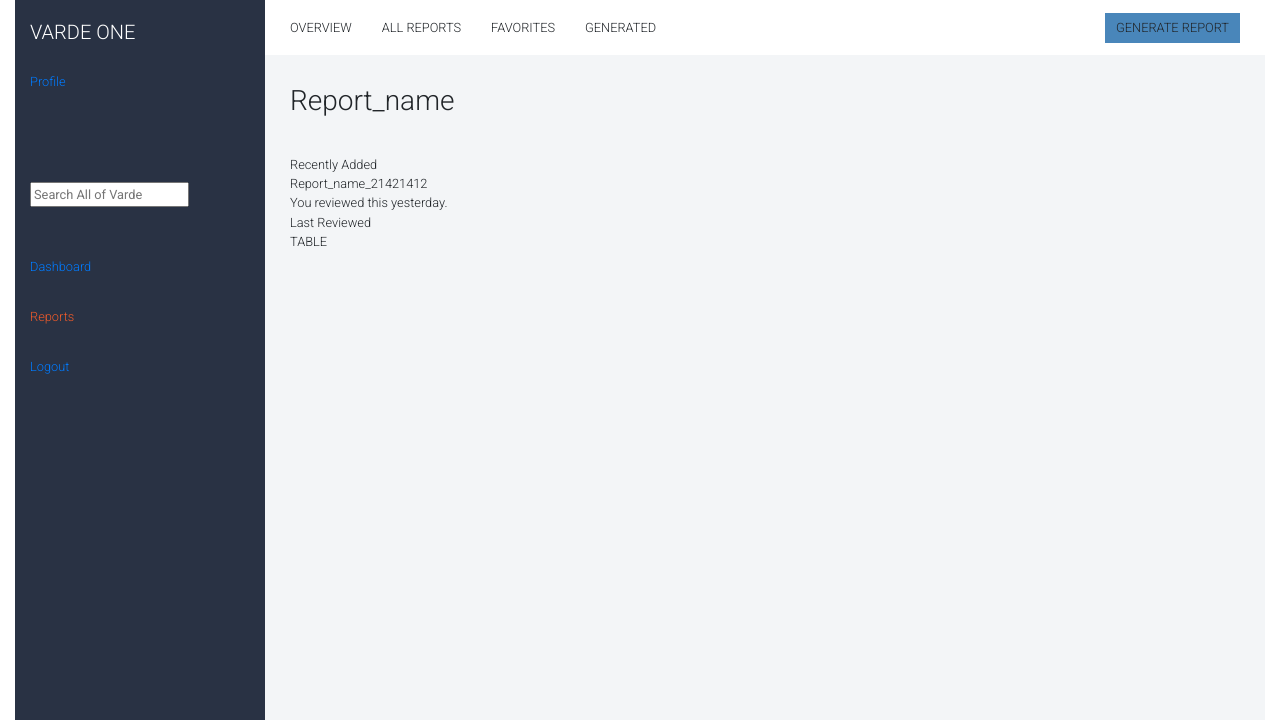
Repository: slavishtipkov/cra-redux
Page: /reports
These files come from the project's save history. The page is drawn as it stood at one moment and after the next save; the edit follows.
The browser window is 1280 px wide. The pictures show the whole page.
The project was rebuilt for these pictures with package versions that can differ from the ones it lists, and the page was loaded fresh each time.

Above is the page before, as saved 2019-07-09 14:27:00.

### src/index.js
import React from "react";
import ReactDOM from "react-dom";
import { BrowserRouter as Router } from "react-router-dom";

import * as serviceWorker from "./serviceWorker";

import "@fortawesome/fontawesome-free/css/all.min.css";
import "bootstrap-css-only/css/bootstrap.min.css";
import "mdbreact/dist/css/mdb.css";

import App from "./Components/App";

import "./index.css";

ReactDOM.render(
  <Router>
    <App />
  </Router>,
  document.getElementById("root")
);

// If you want your app to work offline and load faster, you can change
// unregister() to register() below. Note this comes with some pitfalls.
// Learn more about service workers: https://bit.ly/CRA-PWA
serviceWorker.unregister();

### src/index.css
@import-normalize;

#root {
  max-width: 1360px;
  min-width: 960px;
  margin: 0 auto;
  font-size: 0.8rem;
}

### src/Components/App/App.js
import React, { Suspense, lazy } from "react";
import { Route, Switch } from "react-router-dom";

import SideBar from "../Common/SideBar";

import "./App.scss";

const Login = lazy(() => import("../../Containers/Login"));
const Profile = lazy(() => import("../../Containers/Profile"));
const Dashboard = lazy(() => import("../../Containers/Dashboard"));
const Reports = lazy(() => import("../../Containers/Reports"));
const NotFound = lazy(() => import("../Common/NotFound"));

const App = ({ childProps }) => {
  return (
    <div className="container-fluid">
      <SideBar />
      <Suspense fallback={<div>Loading...</div>}>
        <Switch>
          <Route path="/" exact component={Login} props={childProps} />
          <Route path="/profile" exact component={Profile} props={childProps} />
          <Route
            path="/dashboard"
            exact
            component={Dashboard}
            props={childProps}
          />
          <Route path="/reports" exact component={Reports} props={childProps} />
          <Route component={NotFound} />
        </Switch>
      </Suspense>
    </div>
  );
};

export default App;

### src/Components/App/App.scss
.container-fluid {
  width: 100%;
  height: 100vh;

  display: flex;
  align-items: stretch;

  .side-bar {
    width: 20%;
  }

  .page {
    width: 80%;
    background-color: #f3f5f7;

    .page-header {
      .page-header-nav {
        background-color: #ffffff;
        display: flex;
        justify-content: space-between;

        ul {
          display: flex;
          margin: 0;
          padding: 0;
          height: 55px;
          line-height: 55px;

          padding-left: 25px;

          li {
            display: block;
            margin-right: 30px;

            &:hover {
              color: #4986ba;
              cursor: pointer;
            }
          }
        }
      }
      .page-header-heading {
        height: 100px;
        display: flex;
        align-items: center;
        padding-left: 25px;
      }
      .page-header-content {
        padding-left: 25px;
      }
    }

    .page-content {
      padding-left: 25px;
    }
  }
}

### src/Containers/Reports/index.js
import Reports from "./Reports";

export default Reports;

### src/Components/Common/SideBar/SideBar.js
import React from "react";
import { NavLink } from "react-router-dom";

import "./sideBar.scss";
import { MDBContainer, MDBRow, MDBCol } from "mdbreact";
const SideBar = () => {
  const activeStyle = { color: "#F15B2A" };

  return (
    <nav className="side-bar">
      <h5 className="heading">VARDE ONE</h5>
      <div className="profile-section">
        <NavLink to="/profile" activeStyle={activeStyle}>
          Profile
        </NavLink>
      </div>
      <div className="search-bar">
        <input type="text" placeholder="Search All of Varde" />
      </div>
      <div className="main-links">
        <NavLink to="/dashboard" activeStyle={activeStyle}>
          Dashboard
        </NavLink>
        <NavLink to="/reports" activeStyle={activeStyle} exact>
          Reports
        </NavLink>
      </div>
      <NavLink to="/logout" activeStyle={activeStyle}>
        Logout
      </NavLink>
    </nav>
  );
};

export default SideBar;

### src/Containers/Reports/Reports.js
import React from "react";

import "./reports.scss";

const Reports = () => (
  <div className="reports-page page">
    <div className="reports-page-header page-header">
      <div className="page-header-nav">
        <ul>
          <li>OVERVIEW</li>
          <li>ALL REPORTS</li>
          <li>FAVORITES</li>
          <li>GENERATED</li>
        </ul>
        <div className="generate-report-wrapper">
          <div className="generate-button">GENERATE REPORT</div>
        </div>
      </div>
      <div className="page-header-heading">
        <h3>Report_name</h3>
      </div>
      <div className="page-header-content">
        <div className="recently-added-wrapper">
          <div className="recently-added-heading">Recently Added</div>
          <div className="recently-added-boxes">
            <div className="recently-added-box">
              <div className="name">Report_name_21421412</div>
              <div className="info">You reviewed this yesterday.</div>
            </div>
          </div>
        </div>
      </div>
    </div>
    <div className="page-content">
      <div>Last Reviewed</div>
      <div className="table">TABLE</div>
    </div>
  </div>
);

export default Reports;

### src/Components/Common/SideBar/sideBar.scss
.side-bar {
  display: flex;
  flex-direction: column;

  padding-left: 15px;
  padding-right: 15px;
  background-color: #293244;

  .heading {
    padding-top: 20px;
    padding-bottom: 20px;
    color: white;
  }

  .profile-section {
    height: 90px;
    margin-bottom: 20px;
  }

  .serach-bar {
    padding-top: 20px;
    margin-bottom: 50px;

    input {
      display: inline;
    }
  }

  .main-links {
    display: flex;
    flex-direction: column;
    margin-top: 50px;

    a {
      height: 50px;
      text-decoration: none;
    }
  }
}

### src/Containers/Reports/reports.scss
.reports-page {
  .reports-page-header {
    .generate-report-wrapper {
      align-self: center;
      text-align: center;

      .generate-button {
        margin-right: 25px;
        height: 30px;
        width: 135px;
        background-color: #4986ba;
        line-height: 30px;
        cursor: pointer;
      }
    }
    .page-header-content {
    }
  }
}

Loaded but not shown: public/index.html (common file); src/serviceWorker.js (common file); src/Components/App/index.js (common file); src/Components/Common/SideBar/index.js (common file)

After the next save:
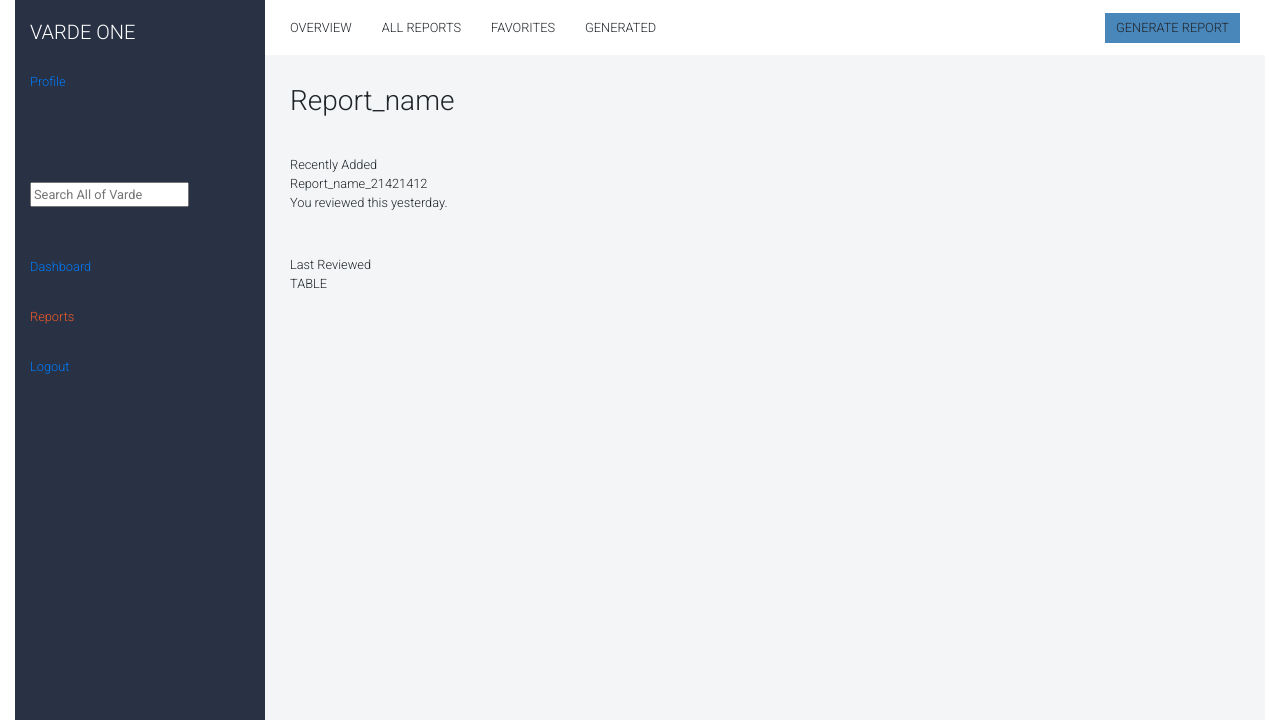
Saved 77 s later.
--- a/src/Containers/Reports/reports.scss
+++ b/src/Containers/Reports/reports.scss
@@ -14,6 +14,9 @@
       }
     }
     .page-header-content {
+      .recently-added-wrapper {
+        height: 100px;
+      }
     }
   }
 }
